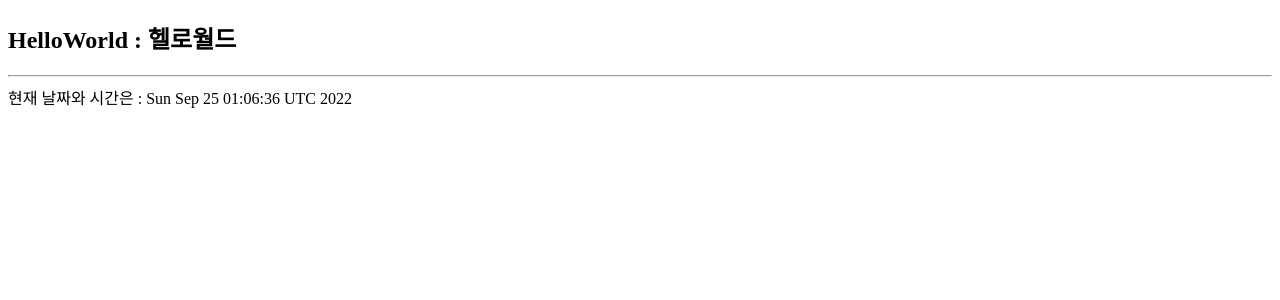
Repository: jiyoung510/JAVA-learning-examples
Page: http://localhost/jspbook/ch01/HelloWorld.jsp
The author's editor kept a copy of each file at every save. The page is drawn from the files as they stood at one save, then again after the next save.
The browser window is 1280 px wide. The pictures show the whole page.
The page is served by Tomcat 9. Other server files are loaded and not shown.

Above is the page before, as saved 2022-09-25 01:08:48.

### jspbook/WebContent/ch01/HelloWorld.jsp
<%@page import="java.util.Date"%>
<%@ page language="java" contentType="text/html; charset=UTF-8"
    pageEncoding="UTF-8"%>
<!DOCTYPE html>
<html>
<head>
<meta charset="UTF-8">
<title>HelloWorldJSP</title>
</head>
<body>
	<h2>HelloWorld : 헬로월드</h2>
	<hr>
	현재 날짜와 시간은 : <%= new java.util.Date() %>
</body>
</html>

After the next save:
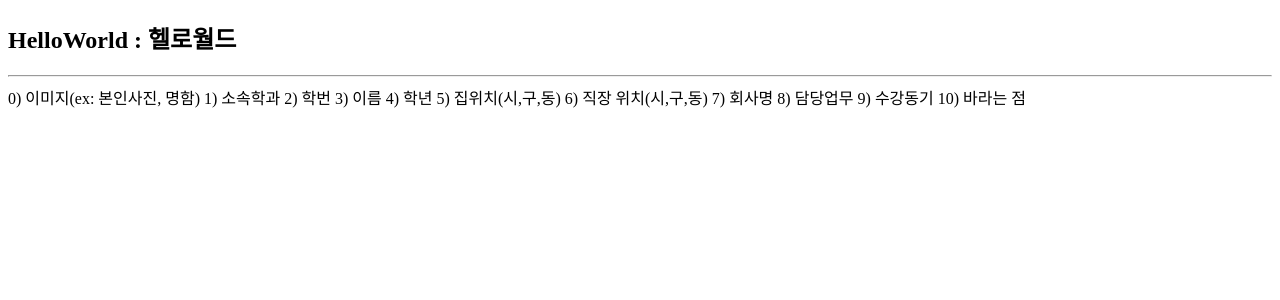
Saved 6 min 58 s later.
--- a/jspbook/WebContent/ch01/HelloWorld.jsp
+++ b/jspbook/WebContent/ch01/HelloWorld.jsp
@@ -10,6 +10,16 @@
 <body>
 	<h2>HelloWorld : 헬로월드</h2>
 	<hr>
-	현재 날짜와 시간은 : <%= new java.util.Date() %>
+	0) 이미지(ex: 본인사진, 명함)
+	1) 소속학과
+	2) 학번
+	3) 이름
+	4) 학년
+	5) 집위치(시,구,동)
+	6) 직장 위치(시,구,동)
+	7) 회사명
+	8) 담당업무
+	9) 수강동기
+	10) 바라는 점
 </body>
 </html>
